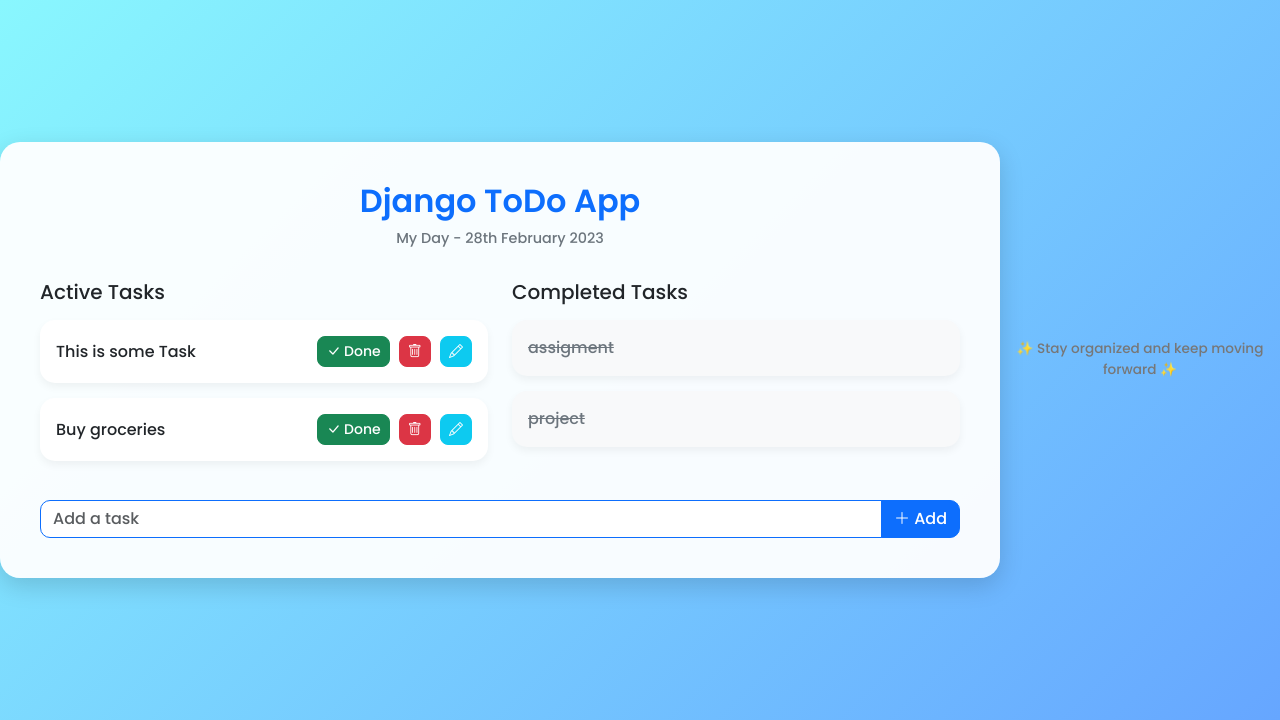
Repository: SAHLA-M/To-Do
Page: http://localhost/
An editor plug-in stored every save of this project. The page is shown before and after a run of saves, followed by the edit.
The browser window is 1280 px wide. The pictures show the whole page.
The page is served by the project's application, run on Django 5.2 (manage.py). The page reads the database file committed with the project.

Above is the page before, as saved 2025-11-12 22:03:54.

After the next 5 saves:
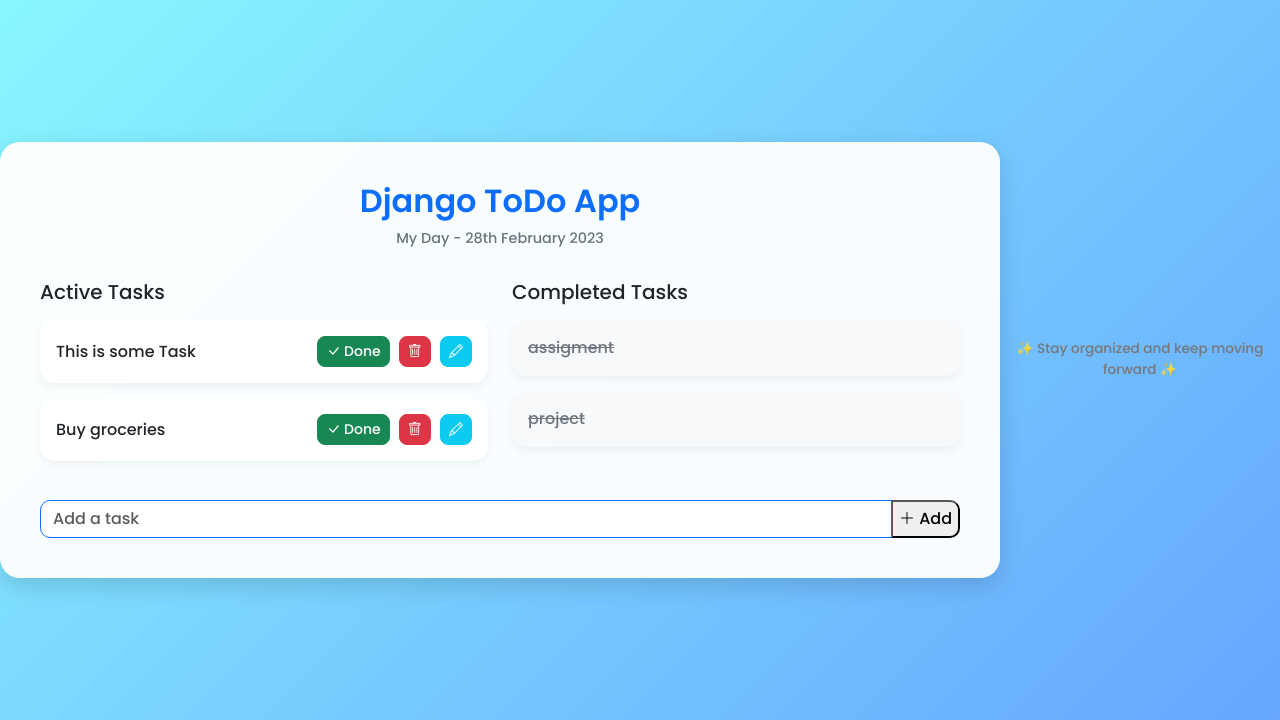
The 5 saves are shown as one change because they came seconds apart.
The last was saved 5 s later.
--- a/templates/home.html
+++ b/templates/home.html
@@ -142,7 +142,7 @@
     <form action=""
     <div class="input-group mt-4">
       <input type="text" id="taskInput" class="form-control" placeholder="Add a task">
-      <button  class="btn btn-primary" id="addBtn"><i class="bi bi-plus-lg"></i> Add</button>
+      <button  type="class="btn btn-primary" id="addBtn"><i class="bi bi-plus-lg"></i> Add</button>
     </div>
 
     <p class="footer">✨ Stay organized and keep moving forward ✨</p>

After the 5 saves that followed:
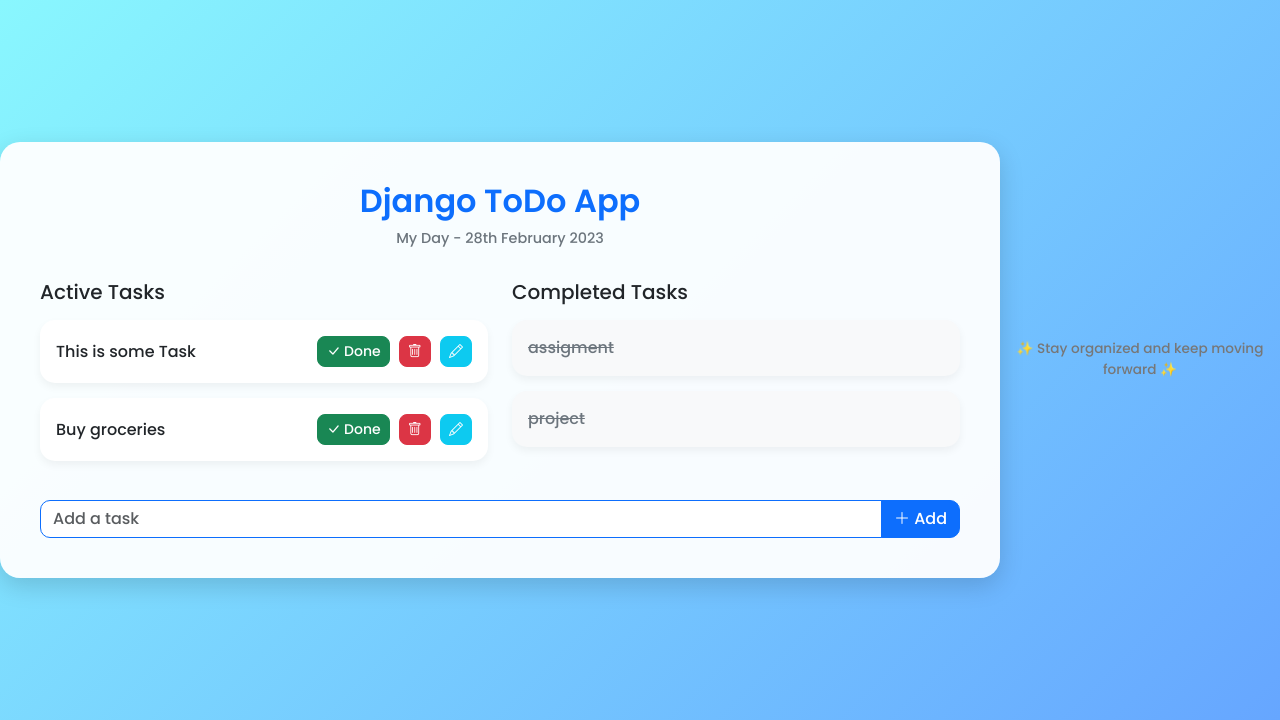
The 5 saves are shown as one change because they came seconds apart.
The last was saved 10 s later.
--- a/templates/home.html
+++ b/templates/home.html
@@ -142,7 +142,7 @@
     <form action=""
     <div class="input-group mt-4">
       <input type="text" id="taskInput" class="form-control" placeholder="Add a task">
-      <button  type="class="btn btn-primary" id="addBtn"><i class="bi bi-plus-lg"></i> Add</button>
+      <button  type="submit" class="btn btn-primary" id="addBtn"><i class="bi bi-plus-lg"></i> Add</button>
     </div>
 
     <p class="footer">✨ Stay organized and keep moving forward ✨</p>
